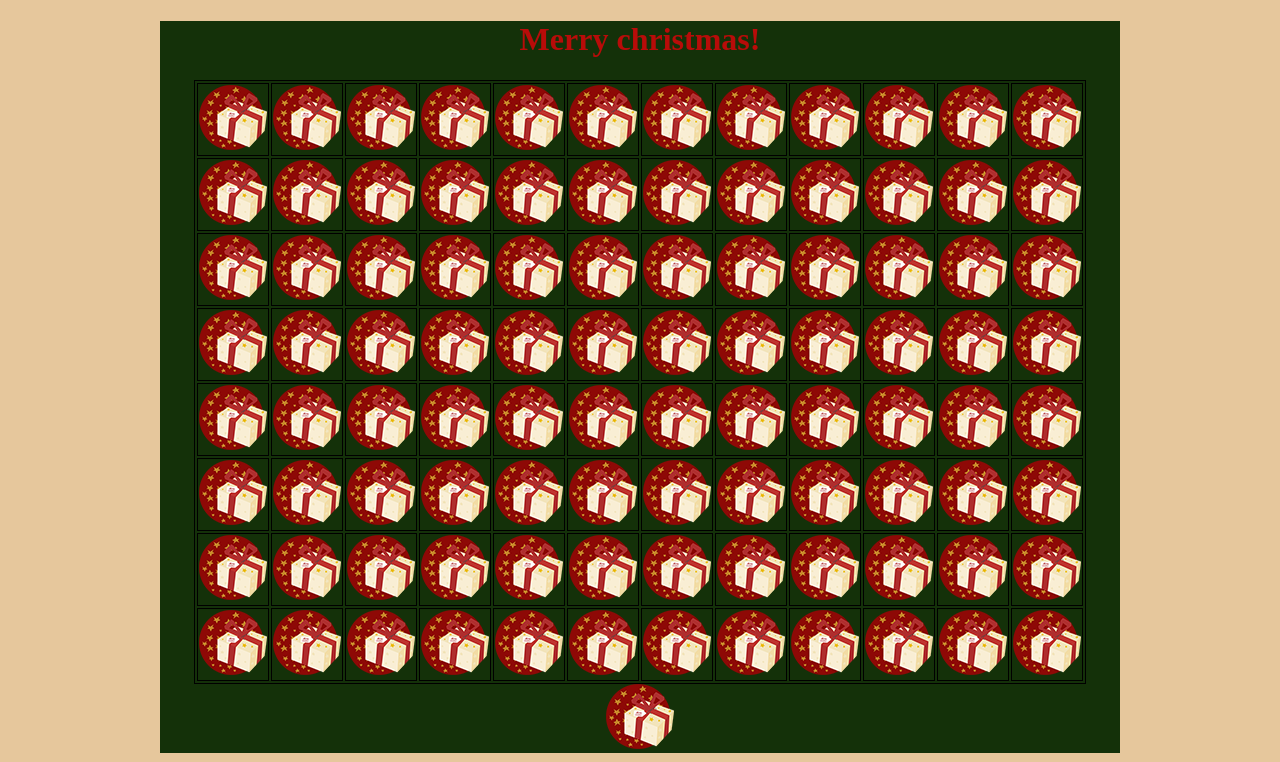
Repository: Angamanga/1dv403-laborationer
Page: 3-gameon/memory/index.html
The author's editor kept a record of every edit. The page is drawn from the files as they stood at one moment, then again after the next edit.
The browser window is 1280 px wide. The pictures show the whole page.
Some web fonts or font styles are not loaded; a fallback is used.

Above is the page before.

### 3-gameon/memory/index.html
<!doctype html>
<html lang="sv">

<head>
    <meta charset="utf-8" />
    <title>Game On!</title>
    <link href='//fonts.googleapis.com/css?family=Mountains+of+Christmas' rel='stylesheet' type='text/css'>
    <link rel="stylesheet" media="screen and (min-width:501px)" href="css/style.css">
    <link rel="stylesheet" media="screen and (max-width:500px)" href="css/mobile.css">
    <meta name="viewport" content="width=device-width, minimum-scale=1">
    <script src="js/random.js"></script>
    <script src="js/memory.js"></script>
    <script src="js/script.js"></script>


</head>

<body>
    <main>
        <h1>Merry christmas!</h1>

            <div id="game1"></div>
            <div id="game2"></div>


    </main>
</body>
</html>

### 3-gameon/memory/css/style.css
/*@media screen and (min-width: 501px)*/
body{
    font-family: 'Mountains of Christmas', cursive;
    background-color:#E6C79C;
    color:#B80C09;
}

main{
    max-width:960px;
    background-color:#143109;
    margin:auto;
    text-align:center;
}
table, th, td {
   border: 1px solid black;
   margin:auto;
}

### 3-gameon/memory/js/random.js

var RandomGenerator = {

	/*
		Denna metod tar antalet rader och columner som inparameter.

		Metoden returnerar en array inneh�llandes utslumpade tal mellan 1 och (rows*cols)/2. Varje tal representeras tv�
		g�nger och motsvarar s�ledes en spelbricka.

		I en 4*4 matris kan Arrayen t.ex. se ut s� h�r:
		[1,2,6,8,6,2,5,3,1,3,7,5,8,4,4,7]

		I en 2*4 matris kan Arrayen t.ex. se ut s� h�r:
		[3,4,4,1,2,1,2,3]
	*/

	getPictureArray: function(rows, cols)
	{
		var numberOfImages = rows*cols;
		var maxImageNumber = numberOfImages/2;

	   	var imgPlace = [];

	   //Utplacering av bilder i Array
	   for(var i=0; i<numberOfImages; i++)
		  imgPlace[i] = 0;

		for(var currentImageNumber=1; currentImageNumber<=maxImageNumber; currentImageNumber++)
		{
			var imageOneOK = false;
			var imageTwoOK = false;

			do
			{
				if(imageOneOK == false)
				{
					var randomOne = Math.floor( (Math.random() * (rows*cols-0) + 0) );

					if( imgPlace[randomOne] == 0 )
					{
						imgPlace[randomOne] = currentImageNumber;
						imageOneOK = true;
					}
				}

				if(imageTwoOK == false)
				{
					var randomTwo = Math.floor( (Math.random() * (rows*cols-0) + 0) );

					if( imgPlace[randomTwo] == 0 )
					{
						imgPlace[randomTwo] = currentImageNumber;
						imageTwoOK = true;
					}
				}
			}
			while(imageOneOK == false || imageTwoOK == false);
		}

		return imgPlace;
	}
}

### 3-gameon/memory/js/memory.js
"use strict";
window.onload = function(){
function Memory(rows, cols, gameID){
    this.rows=rows;
    this.cols=cols;
    this.gameID=gameID;
    this.order = RandomGenerator.getPictureArray(rows, cols);
    }

Memory.prototype.drawBoard = function(){
var board = document.getElementById(this.gameID);
var table = board.appendChild(document.createElement("TABLE"));
for(var i = 1;i<=this.rows;i++){
var rows = document.createElement("TR");
for(var j =1;j<=this.cols;j++){
var cols = document.createElement("TD");
rows.appendChild(cols);
var backImage = document.createElement("img");
backImage.src= "pics/back.png";
backImage.classname="backImage";
cols.appendChild(backImage);
}
table.appendChild(rows);
}


var backImage = document.createElement("img");
backImage.src= "pics/back.png";
backImage.classname="backImage";
board.appendChild(backImage);




}

var mem = new Memory(8,12,"game1");
mem.drawBoard();



};

### 3-gameon/memory/css/mobile.css
/*@media screen and (max-width: 500px)*/
body{
    font-family: 'Mountains of Christmas', cursive;
    background-color:#E6C79C;
    color:#143109;
}
main{
    max-width:90%;
    background-color:#B80C09;
    margin:auto;
    text-align:center;
}

Loaded but not shown: 3-gameon/memory/js/script.js (no copy from this time; the picture is the same without it)

After the next edit:
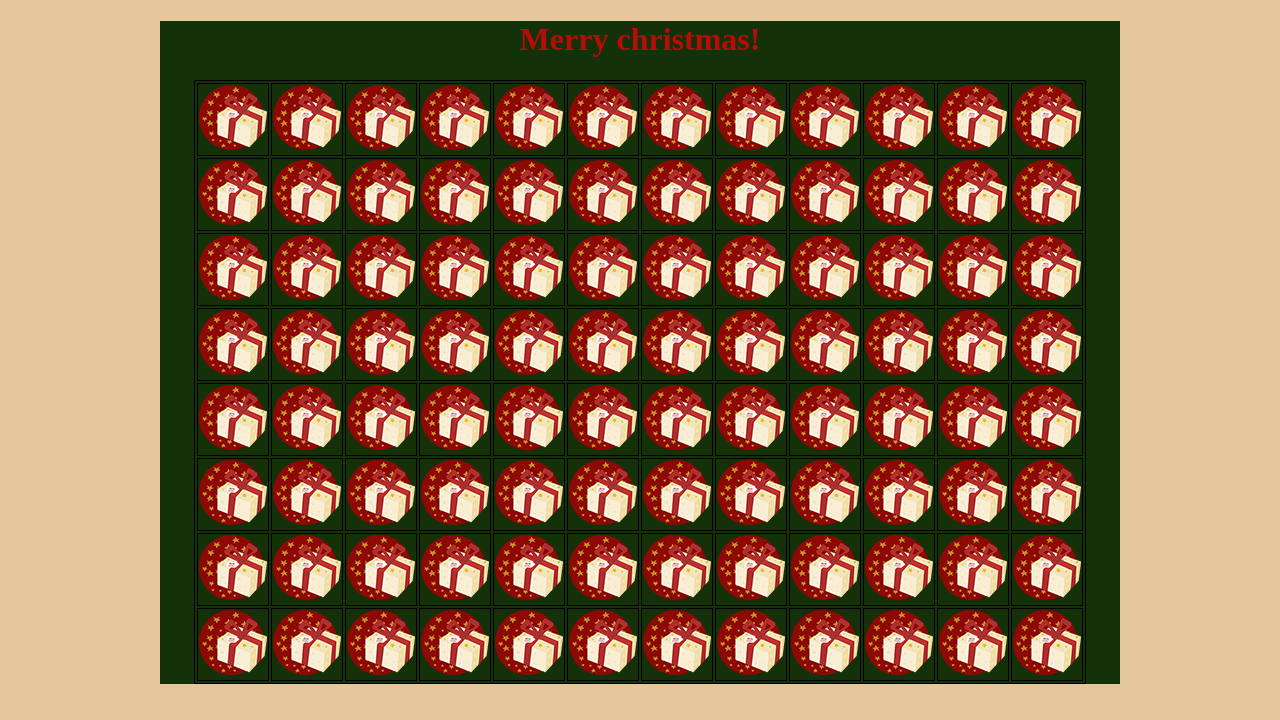
The edit:
--- a/3-gameon/memory/js/memory.js
+++ b/3-gameon/memory/js/memory.js
@@ -24,14 +24,6 @@
 }
 
 
-var backImage = document.createElement("img");
-backImage.src= "pics/back.png";
-backImage.classname="backImage";
-board.appendChild(backImage);
-
-
-
-
 }
 
 var mem = new Memory(8,12,"game1");
